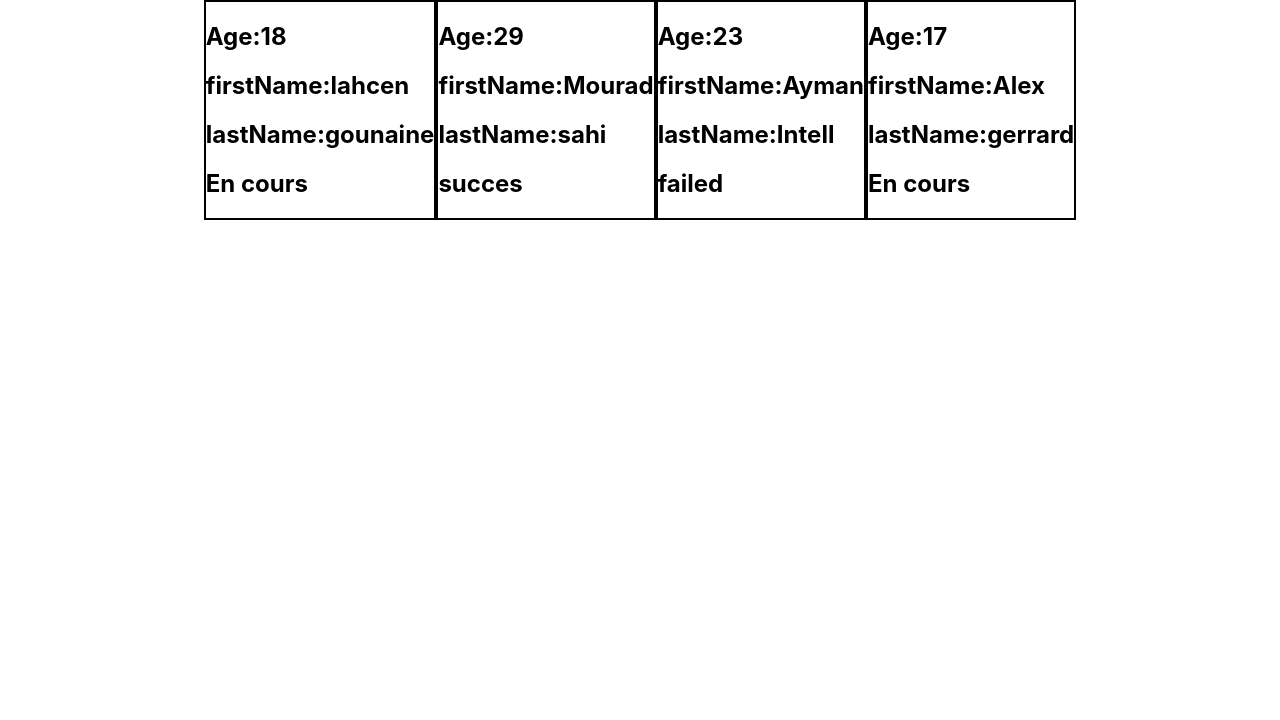
Repository: gounaine/Add_candidat
Page: /
An editor plug-in stored every save of this project. The page is shown before and after the next save, followed by the edit.
The browser window is 1280 px wide. The pictures show the whole page.
The project was rebuilt for these pictures with package versions that can differ from the ones it lists, and the page was loaded fresh each time.

Above is the page before, as saved 2024-05-26 19:43:54.

After the next save:
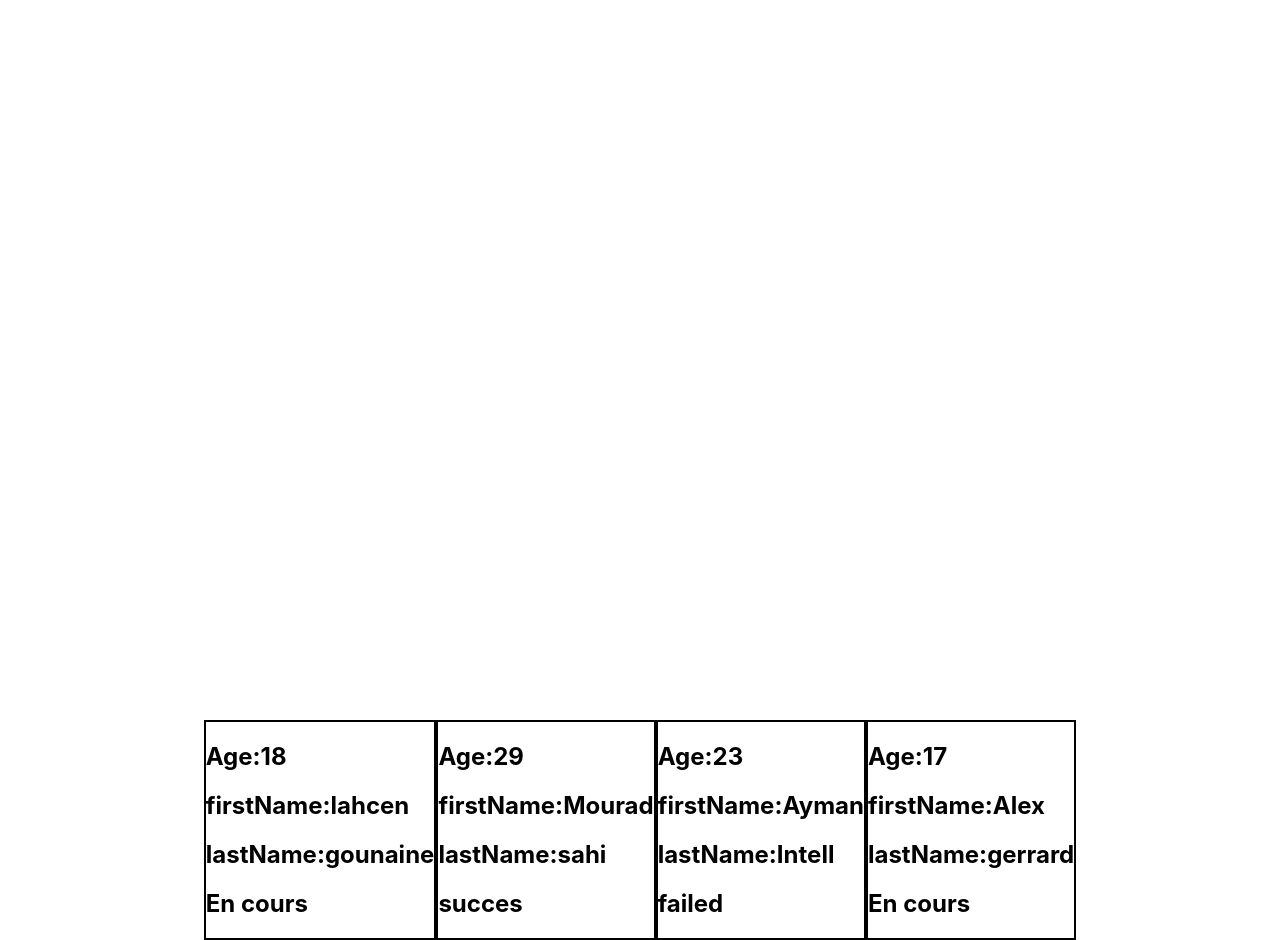
Saved 15 s later.
--- a/src/App.css
+++ b/src/App.css
@@ -49,6 +49,7 @@
   display: flex;
   justify-content: center;
   align-items:center;
+  margin-top: 100vh;
 
 
 
